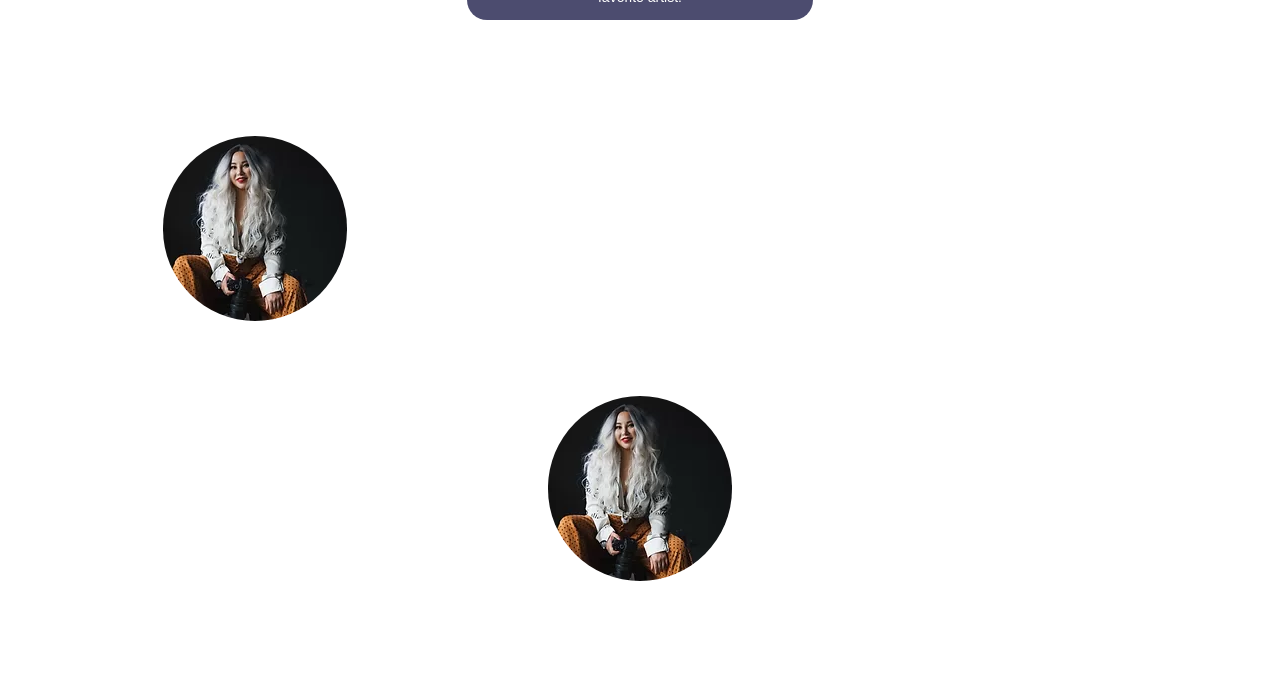
Repository: akinolapo/artverse
Page: /
These files come from the project's save history. The page is drawn as it stood at one moment and after the next save; the edit follows.
The browser window is 1280 px wide. The pictures show the part of the page from y = 1294 to 2246 px (the page is 1985 px tall before and 2246 px after).
The project was rebuilt for these pictures with package versions that can differ from the ones it lists, and the page was loaded fresh each time.

Above is the page before, as saved 2022-07-25 14:35:04.

After the next save:
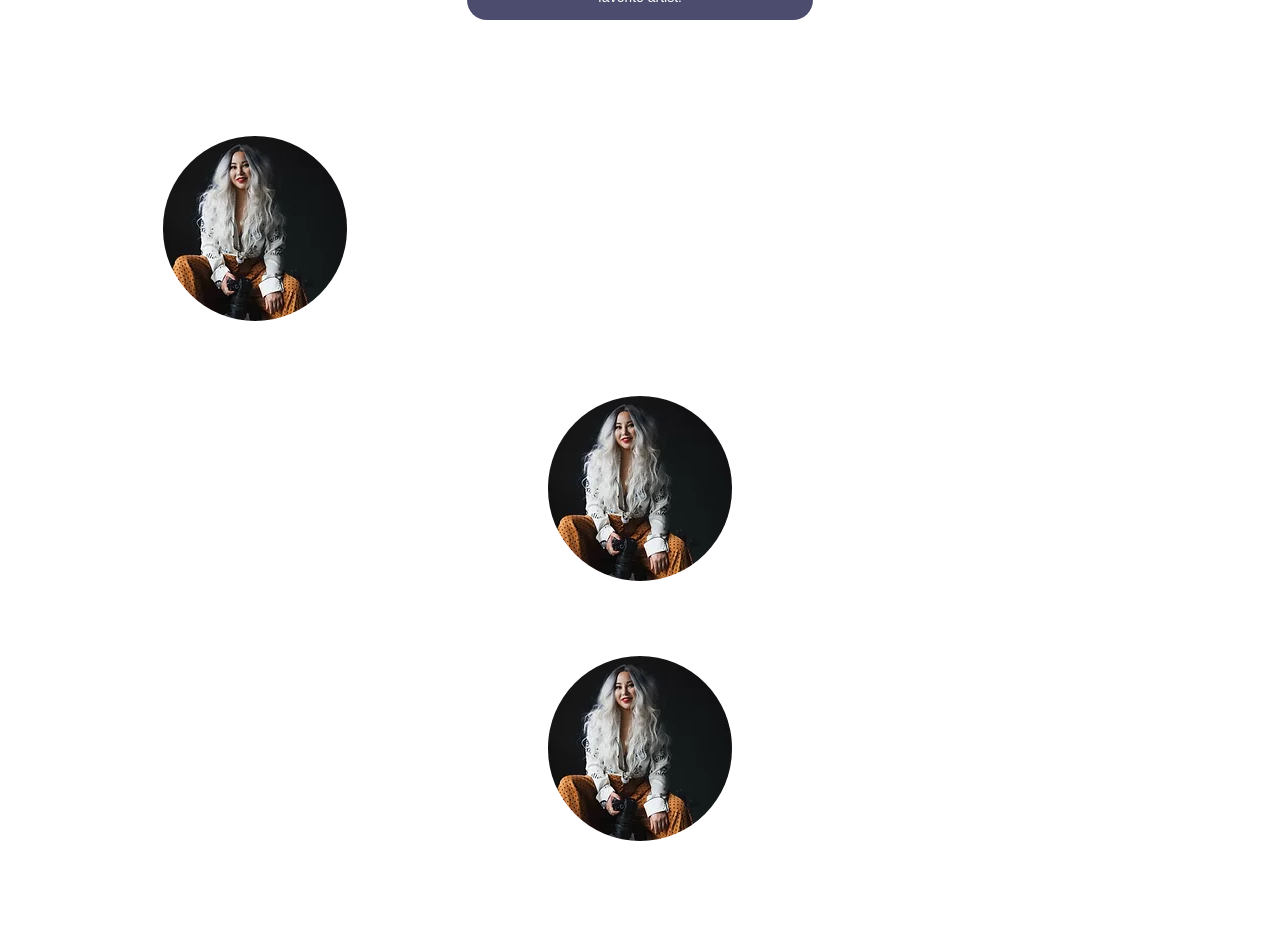
Saved 11 s later.
--- a/src/components/Team/Team.jsx
+++ b/src/components/Team/Team.jsx
@@ -37,6 +37,15 @@
                             <a href='https://www.instagram.com/thetravelingelf/' target='_blank' rel="noreferrer"><AiOutlineInstagram className='social-icon'/></a>
                         </div>
                     </div>
+                    <div className='text-center'>
+                        <img className='rounded-full m-auto' src={process.env.PUBLIC_URL+`assets/founder.webp`} alt='Founder'></img>
+                        <h5>Rachel Wood</h5>
+                        <h6>Founder</h6>
+                        <div className='flex justify-center'>
+                            <a href='https://twitter.com/0xWanderbitch' className='mr-2' target='_blank' rel="noreferrer"><AiOutlineTwitter className='social-icon'/></a>
+                            <a href='https://www.instagram.com/thetravelingelf/' target='_blank' rel="noreferrer"><AiOutlineInstagram className='social-icon'/></a>
+                        </div>
+                    </div>
                 <div></div>
             </div>
         </div>
